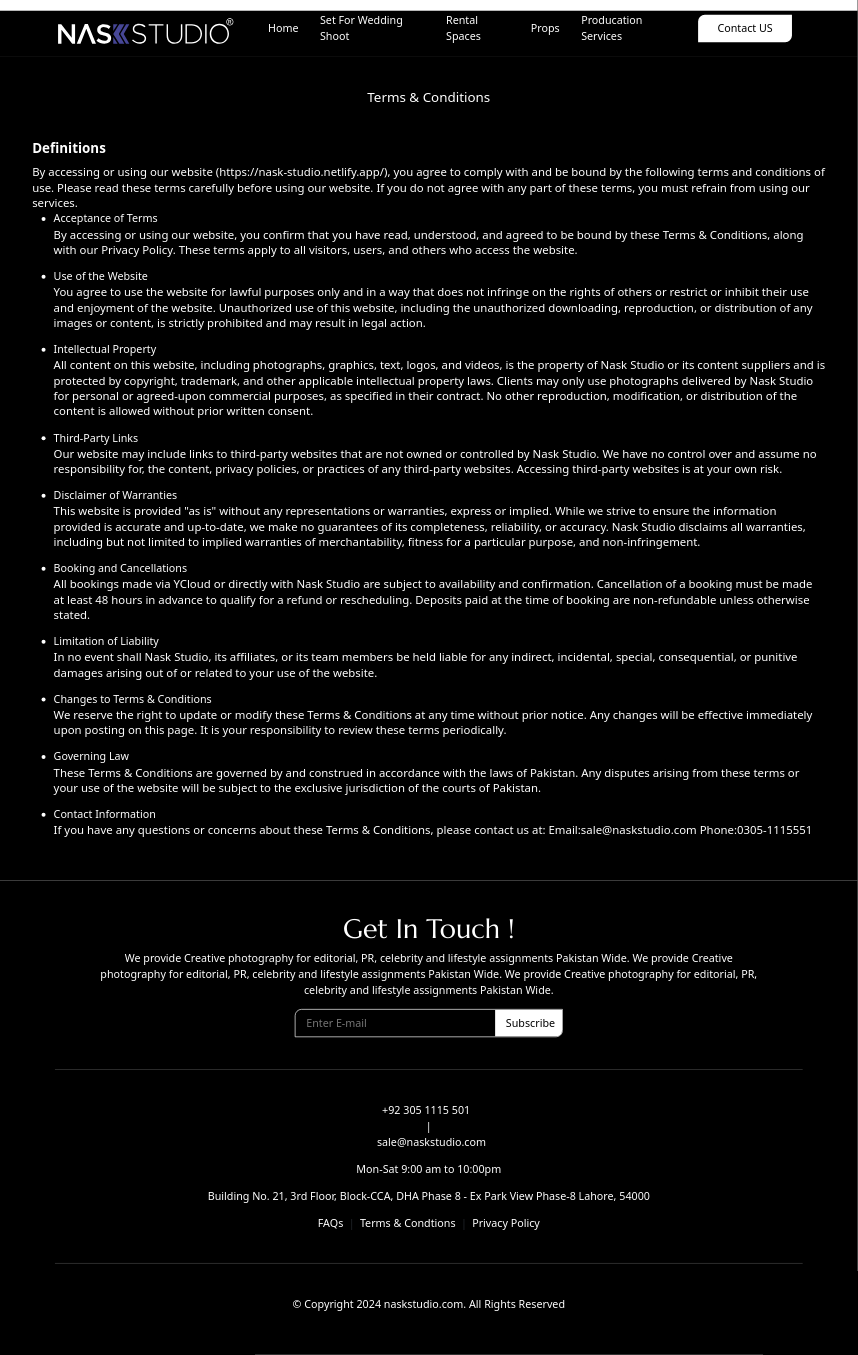
Repository: sagheerNaskSoft/nask-studio-sec-phase
Page: /termscondion
The author's editor kept a copy of each file at every save. The page is drawn from the files as they stood at one save, then again after the next save.
The browser window is 1280 px wide. The pictures show the whole page, at 67% of full size.
The project was rebuilt for these pictures with package versions that can differ from the ones it lists, and the page was loaded fresh each time. Also part of the build but not shown: src/Component/HomePage/Banner.js, src/Component/HomePage/ShootSection.js, src/Component/HomePage/SerivceSetion.js, src/Pages/Home.js, src/Pages/About.js, src/Component/WeddingSets/Banner.js, src/Component/WeddingSets/StudioSection.js, src/Pages/WeddingSets.js and 18 more.

Above is the page before, as saved 2025-02-04 14:06:14.

### public/index.html
<!DOCTYPE html>
<html lang="en">
  <head>
    <meta charset="utf-8" />
    <link rel="icon" href="%PUBLIC_URL%/favicon.ico" />
    <meta name="viewport" content="width=device-width, initial-scale=1" />
    <meta name="theme-color" content="#000000" />
    <meta
      name="description"
      content="Web site created using create-react-app"
    />
    <link rel="apple-touch-icon" href="%PUBLIC_URL%/logo192.png" />
    <!--
      manifest.json provides metadata used when your web app is installed on a
      user's mobile device or desktop. See https://developers.google.com/web/fundamentals/web-app-manifest/
    -->
    <link rel="manifest" href="%PUBLIC_URL%/manifest.json" />
    <!--
      Notice the use of %PUBLIC_URL% in the tags above.
      It will be replaced with the URL of the `public` folder during the build.
      Only files inside the `public` folder can be referenced from the HTML.

      Unlike "/favicon.ico" or "favicon.ico", "%PUBLIC_URL%/favicon.ico" will
      work correctly both with client-side routing and a non-root public URL.
      Learn how to configure a non-root public URL by running `npm run build`.
    -->
    <title>Nask Studio | Studio Space | Studio Rent</title>
  </head>
  <body>
    <noscript>You need to enable JavaScript to run this app.</noscript>
    <div id="root"></div>
    <!--
      This HTML file is a template.
      If you open it directly in the browser, you will see an empty page.

      You can add webfonts, meta tags, or analytics to this file.
      The build step will place the bundled scripts into the <body> tag.

      To begin the development, run `npm start` or `yarn start`.
      To create a production bundle, use `npm run build` or `yarn build`.
    -->
  </body>
</html>

### src/Component/TermsCondition/Terms.js
import React from 'react'

function Terms() {
    return (
        <>
            <div style={{background:'black'}} className='terms-condition p-5'>
                <div className='terms'>
                    <h3>Terms & Conditions</h3>
                    <h4>Definitions</h4>
                    <p>By accessing or using our website (https://nask-studio.netlify.app/), you agree to comply with and be bound by the following terms and conditions of use. Please read these terms carefully before using our website. If you do not agree with any part of these terms, you must refrain from using our services.</p>
                    <ul>
                        <li>Acceptance of Terms</li>
                        <p>By accessing or using our website, you confirm that you have read, understood, and agreed to be bound by these Terms & Conditions, along with our Privacy Policy. These terms apply to all visitors, users, and others who access the website.</p>
                    </ul>
                    <ul>
                        <li>Use of the Website
                        </li>
                        <p>You agree to use the website for lawful purposes only and in a way that does not infringe on the rights of others or restrict or inhibit their use and enjoyment of the website. Unauthorized use of this website, including the unauthorized downloading, reproduction, or distribution of any images or content, is strictly prohibited and may result in legal action.</p>
                    </ul>
                    <ul>
                        <li>Intellectual Property
                        </li>
                        <p>All content on this website, including photographs, graphics, text, logos, and videos, is the property of Nask Studio or its content suppliers and is protected by copyright, trademark, and other applicable intellectual property laws. Clients may only use photographs delivered by Nask Studio for personal or agreed-upon commercial purposes, as specified in their contract. No other reproduction, modification, or distribution of the content is allowed without prior written consent.</p>
                    </ul>
                    <ul>
                        <li>Third-Party Links
                        </li>
                        <p>Our website may include links to third-party websites that are not owned or controlled by Nask Studio. We have no control over and assume no responsibility for, the content, privacy policies, or practices of any third-party websites. Accessing third-party websites is at your own risk.</p>
                    </ul>
                    <ul>
                        <li>Disclaimer of Warranties
                        </li>
                        <p>This website is provided "as is" without any representations or warranties, express or implied. While we strive to ensure the information provided is accurate and up-to-date, we make no guarantees of its completeness, reliability, or accuracy. Nask Studio disclaims all warranties, including but not limited to implied warranties of merchantability, fitness for a particular purpose, and non-infringement.</p>
                    </ul>
                    <ul>
                        <li>Booking and Cancellations
                        </li>
                        <p>All bookings made via YCloud or directly with Nask Studio are subject to availability and confirmation. Cancellation of a booking must be made at least 48 hours in advance to qualify for a refund or rescheduling. Deposits paid at the time of booking are non-refundable unless otherwise stated.</p>
                    </ul>
                    <ul>
                        <li>Limitation of Liability
                        </li>
                        <p>In no event shall Nask Studio, its affiliates, or its team members be held liable for any indirect, incidental, special, consequential, or punitive damages arising out of or related to your use of the website.</p>
                    </ul>
                    <ul>
                        <li>Changes to Terms & Conditions
                        </li>
                        <p>We reserve the right to update or modify these Terms & Conditions at any time without prior notice. Any changes will be effective immediately upon posting on this page. It is your responsibility to review these terms periodically.</p>
                    </ul>
                    <ul>
                        <li>Governing Law
                        </li>
                        <p>These Terms & Conditions are governed by and construed in accordance with the laws of Pakistan. Any disputes arising from these terms or your use of the website will be subject to the exclusive jurisdiction of the courts of Pakistan.</p>
                    </ul>
                    <ul>
                        <li>Contact Information
                        </li>
                        <p>If you have any questions or concerns about these Terms & Conditions, please contact us at:

                            Email:sale@naskstudio.com

                            Phone:0305-1115551

                        </p>
                    </ul>
                </div>
            </div>
        </>
    )
}

export default Terms

Loaded but not shown: src/index.js (common file); src/index.css (common file); src/reportWebVitals.js (common file); src/Component/NavFooter/Footer.js (43 lines, source omitted); src/Component/NavFooter/NavBar.js (70 lines, source omitted); src/App.js (37 lines, source omitted); src/Pages/Termscondition.js (20 lines, source omitted); src/App.css (1005 lines, source omitted)

After the next save:
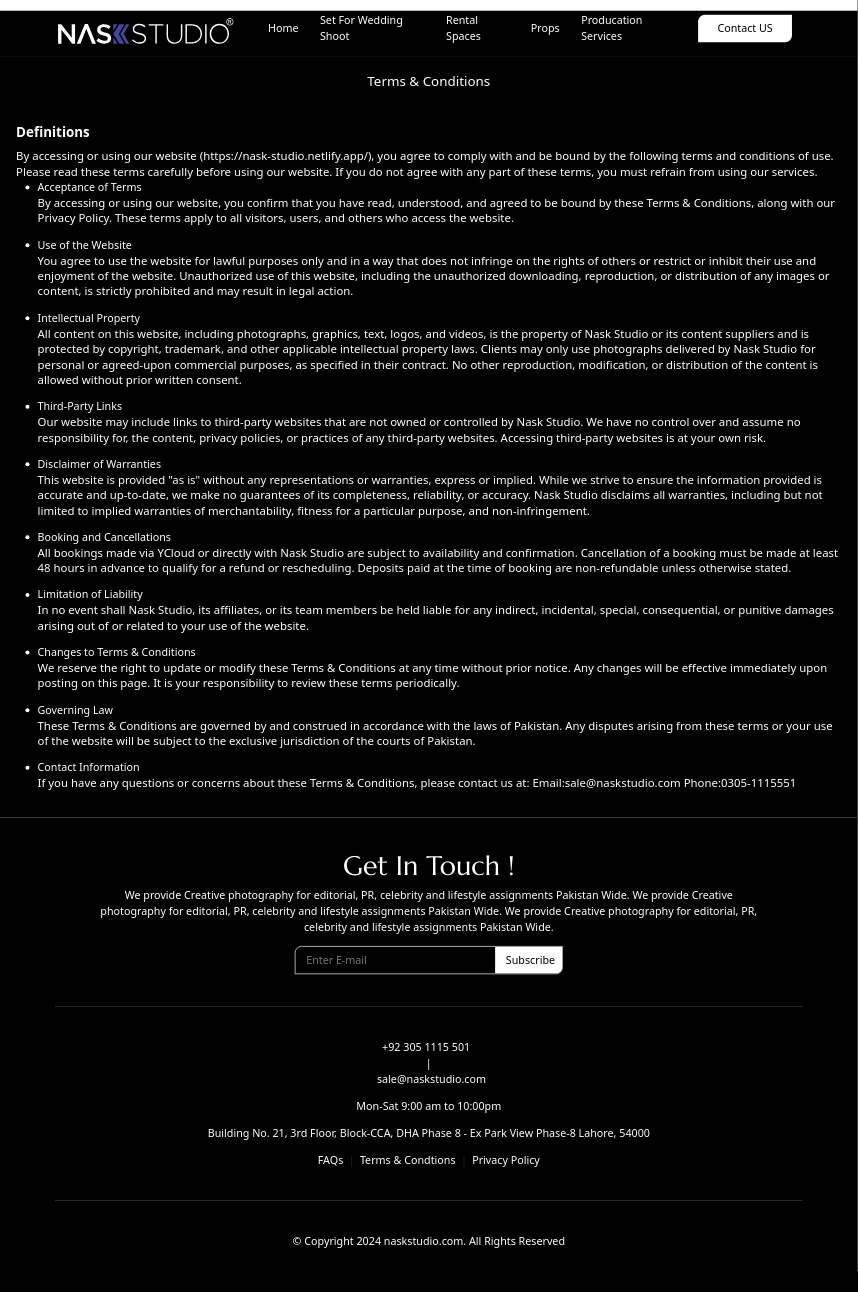
Saved 38 s later.
--- a/src/Component/TermsCondition/Terms.js
+++ b/src/Component/TermsCondition/Terms.js
@@ -3,7 +3,7 @@ import React from 'react'
 function Terms() {
     return (
         <>
-            <div style={{background:'black'}} className='terms-condition p-5'>
+            <div style={{background:'black'}} className='terms-condition p-4'>
                 <div className='terms'>
                     <h3>Terms & Conditions</h3>
                     <h4>Definitions</h4>
